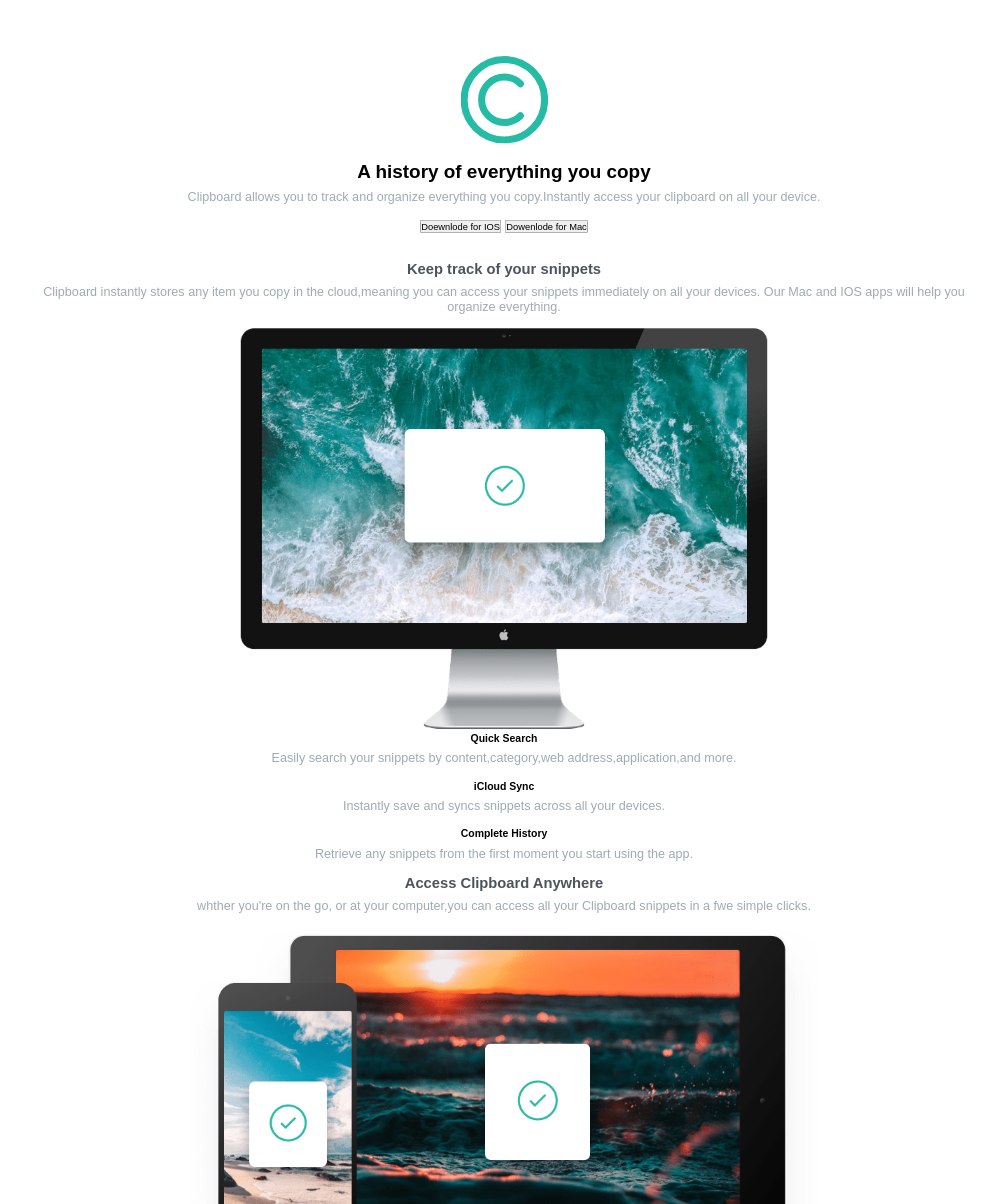
Repository: moataz305G/Clipboard-landing-page
Page: index.html
These files come from the project's save history. The page is drawn as it stood at one moment and after the next save; the edit follows.
The browser window is 1280 px wide. The page is 1440 px wide, so the pictures cover 1440 px, including what lies to the right of the window. The pictures show the part of the page from y = 0 to 1720 px (the page is 2713 px tall before and 2733 px after), at 70% of full size.

Above is the page before, as saved 2025-12-04 11:33:10.

After the next save:
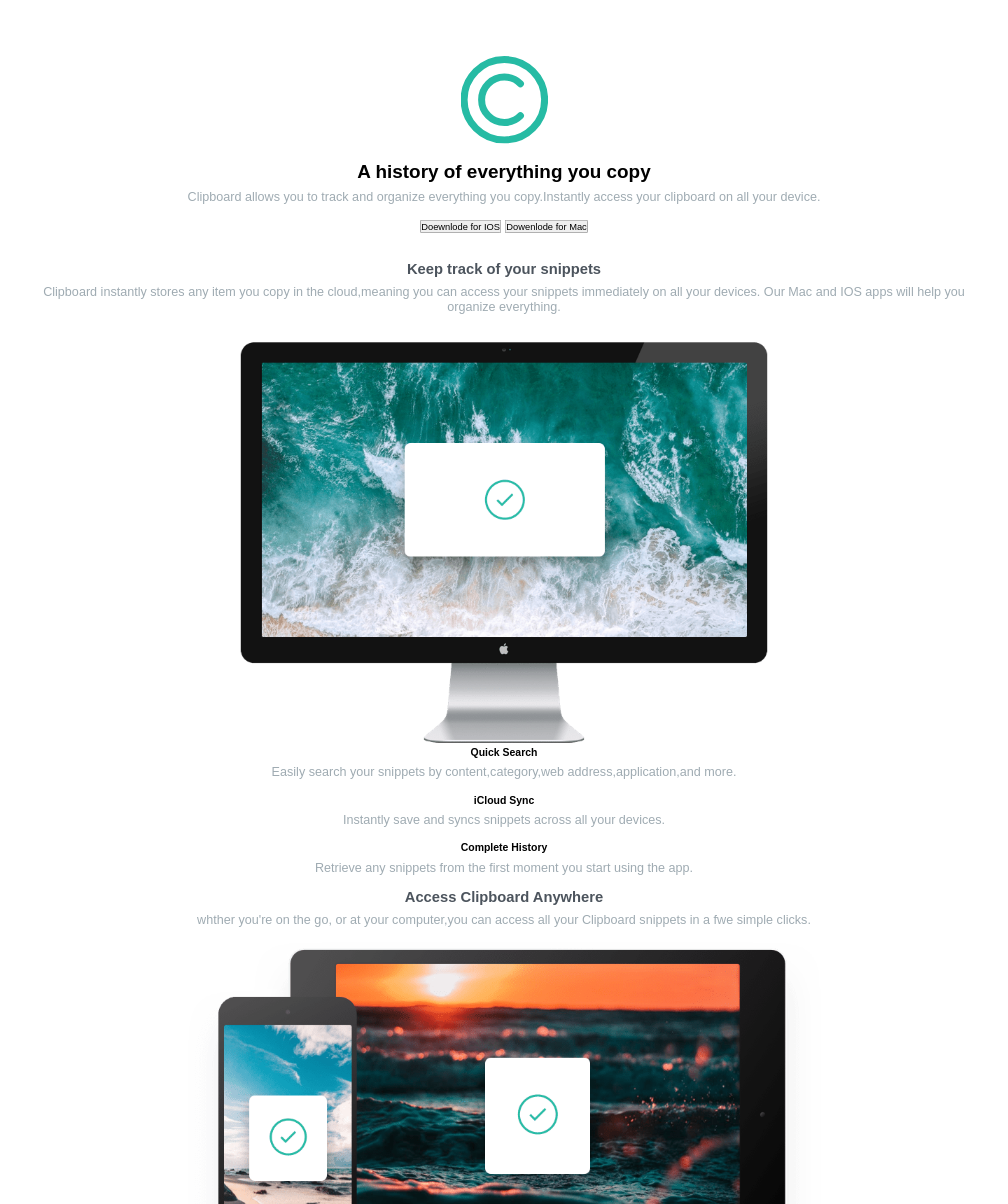
Saved 57 s later.
--- a/style.css
+++ b/style.css
@@ -31,6 +31,6 @@
   padding: 40px;
 }
 .hero,
-.san {
+.snippets {
   margin: 40px 0;
 }
